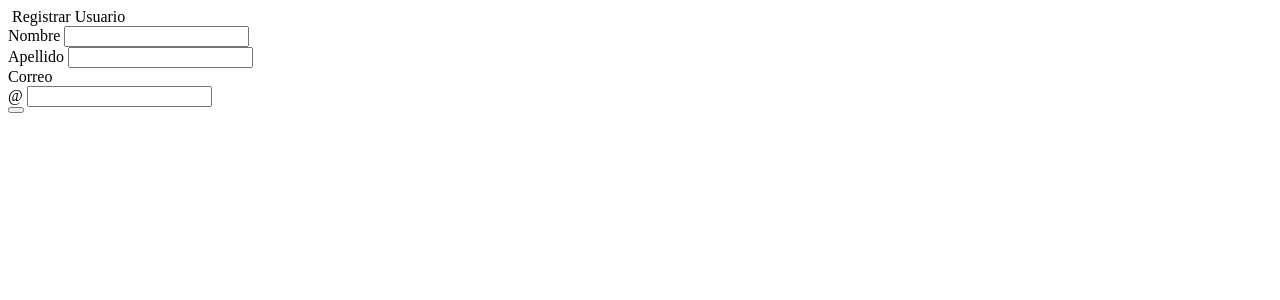
Repository: androla10/ProyectoCibert5to
Page: http://localhost/GDI/Admin/Admin.jsp
These files come from the project's save history. The page is drawn as it stood at one moment and after the next save; the edit follows.
The browser window is 1280 px wide. The pictures show the whole page.
The page is served by Tomcat 9. Nobody is signed in. The application's start-up code is not run.

Above is the page before, as saved 2016-04-22 18:57:27.

After the next save:
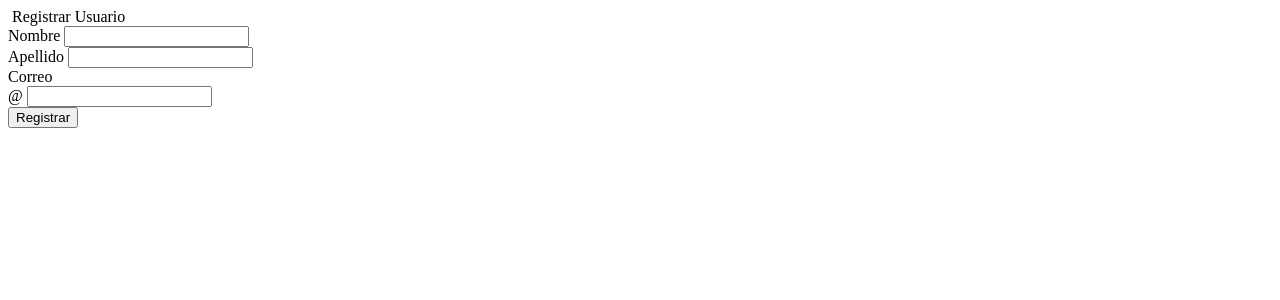
Saved 6 s later.
--- a/GDI/src/main/webapp/Admin/Admin.jsp
+++ b/GDI/src/main/webapp/Admin/Admin.jsp
@@ -23,7 +23,7 @@
 									class="form-control" name="usuario.correo" id="Correo" />
 							</div>
 						</div>
-						<button class="btn btn-primary"></button>
+						<button class="btn btn-primary">Registrar</button>
 					</div>
 					<div class="col-xs-12 col-sm-12 col-sm-6 col-lg-6"></div>
 				</div>
